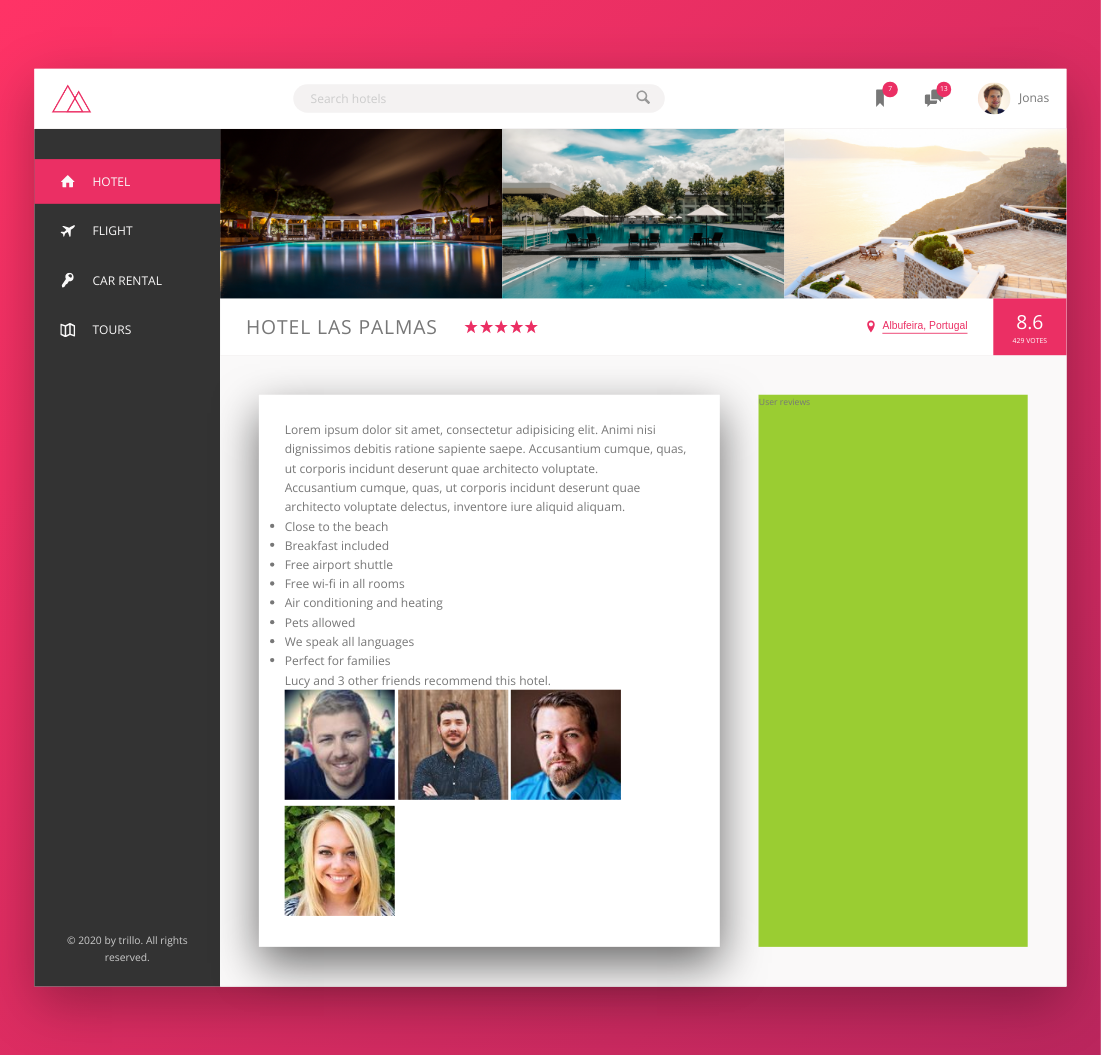
Repository: Lithium87/Trillo
Page: index.html
These files come from the project's save history. The page is drawn as it stood at one moment and after the next save; the edit follows.
The browser window is 1280 px wide. The pictures show the whole page, at 86% of full size.
The style sheet was rebuilt from its Sass, Less or Tailwind sources for each picture, by a compiler version that may differ from the author's.

Above is the page before, as saved 2020-05-16 23:51:58.

After the next save:
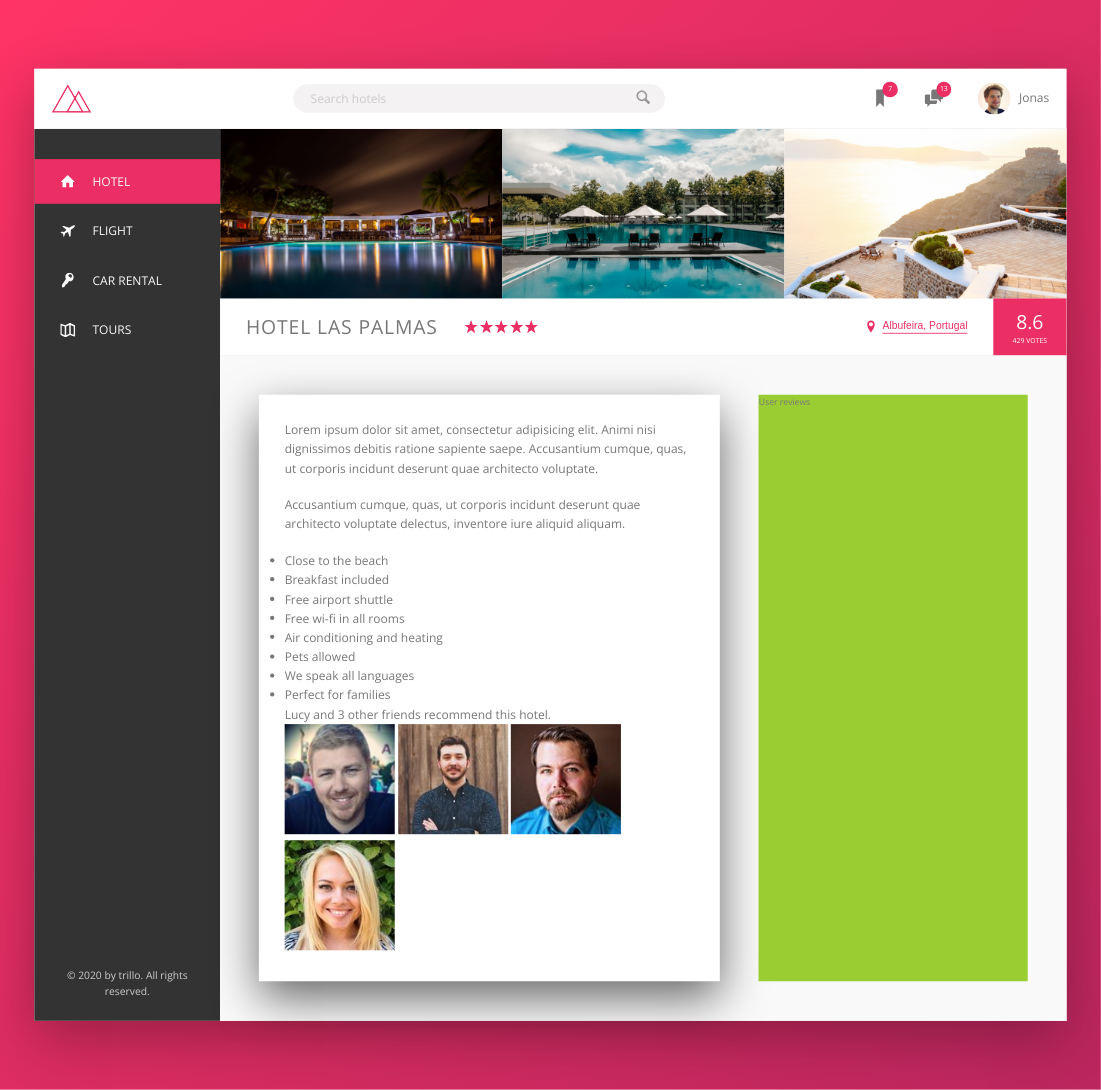
Saved 25 s later.
--- a/sass/_components.scss
+++ b/sass/_components.scss
@@ -259,7 +259,7 @@
 
 ///////////////////////
 //PARAGRAPH
-.paragrapg:not(:last-child) {
+.paragraph:not(:last-child) {
     margin-bottom: 2rem;
 }
 
